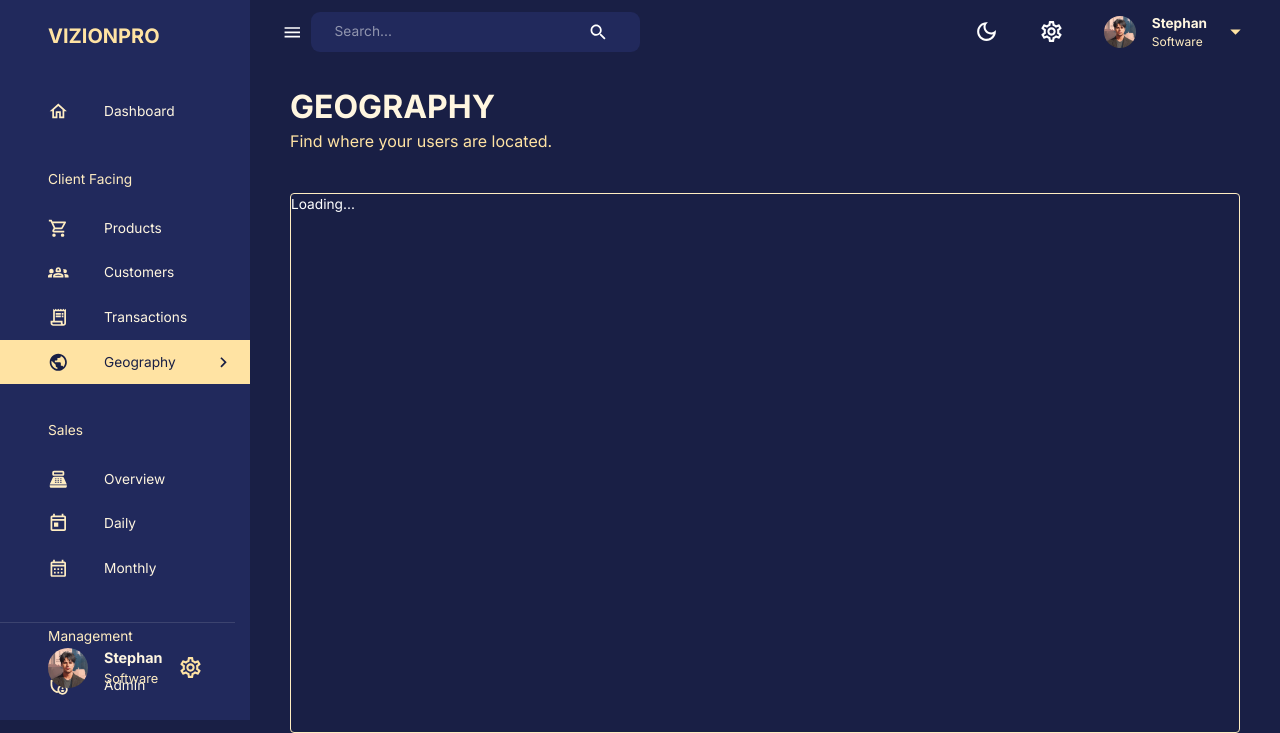
Repository: stephan-chiorean/dashboard
Page: /geography (app in client/)
The author's editor kept a copy of each file at every save. The page is drawn from the files as they stood at one save, then again after the next save.
The browser window is 1280 px wide. The pictures show the whole page.
The page's requests for data from a server got no answer. The project was rebuilt for these pictures with package versions that can differ from the ones it lists, and the page was loaded fresh each time. No one was signed in, and anything a server would have sent is missing. Also part of the build but not shown: client/src/scenes/dashboard/index.jsx, client/src/scenes/products/index.jsx, client/src/scenes/customers/index.jsx, client/src/components/DataGridCustomToolbar.jsx, client/src/scenes/transactions/index.jsx, client/src/components/OverviewChart.jsx, client/src/scenes/overview/index.jsx, client/src/scenes/daily/index.jsx and 3 more.

Above is the page before, as saved 2023-04-04 17:01:45.

After the next save:
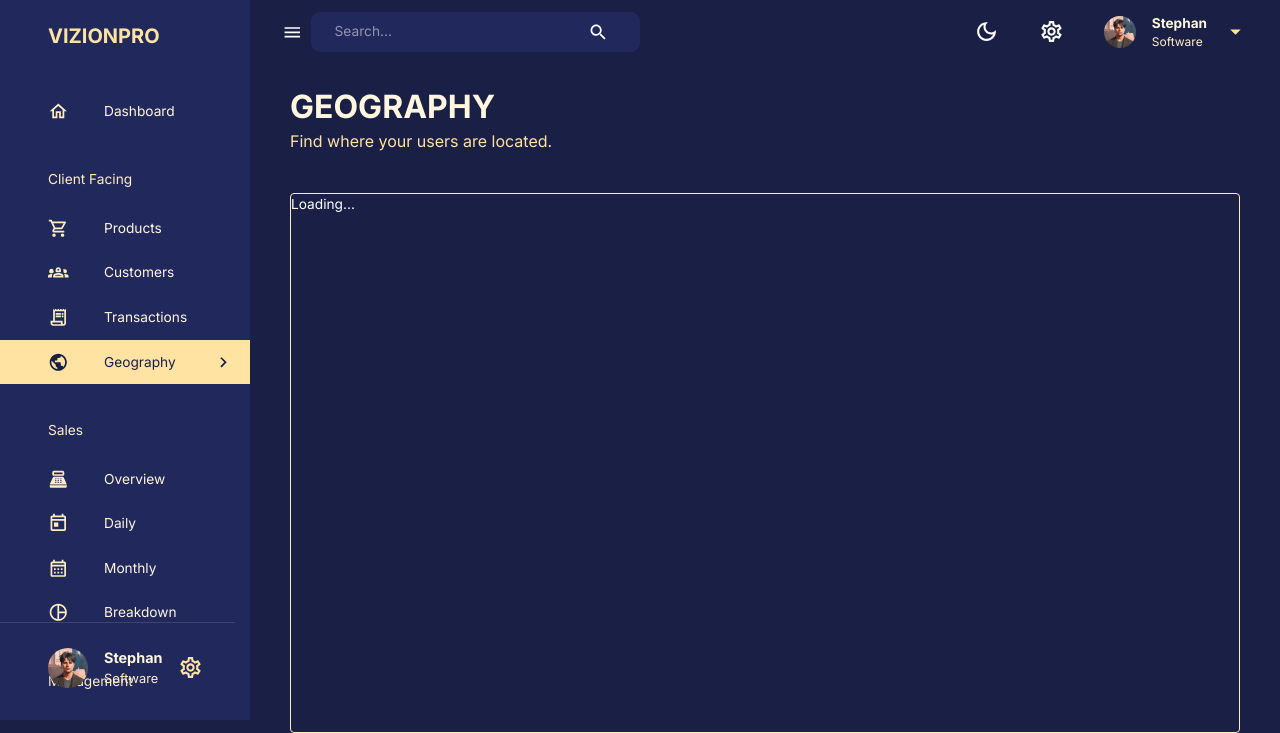
Saved 3 min 20 s later.
--- a/client/src/components/Sidebar.jsx
+++ b/client/src/components/Sidebar.jsx
@@ -73,6 +73,10 @@ const navItems = [
   {
     text: 'Monthly',
     icon: <CalendarMonthOutlined />,
+  },
+  {
+    text: "Breakdown",
+    icon: <PieChartOutlined />,
   },
   {
     text: 'Management',
